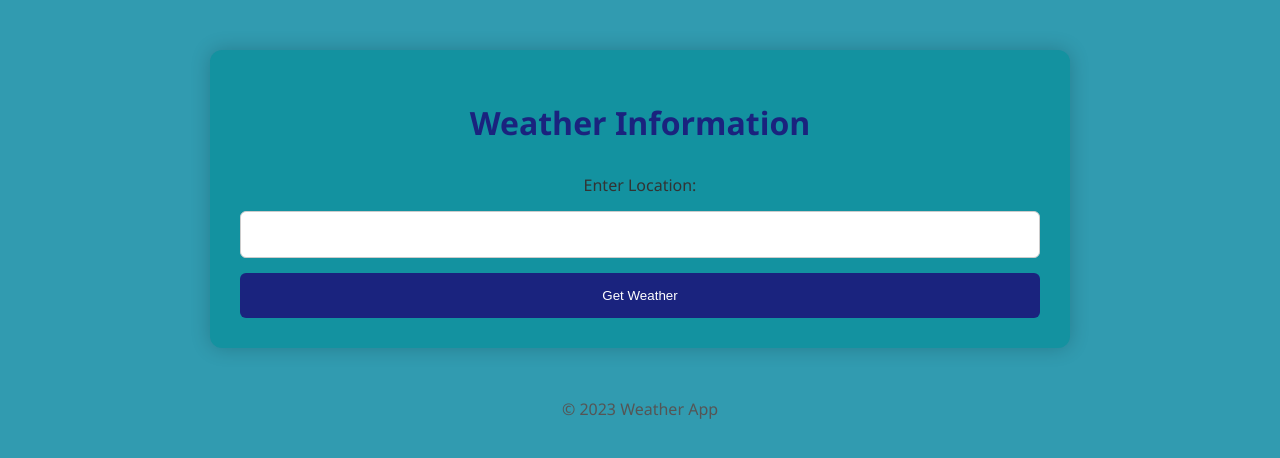
Repository: muke2110/weather
Page: http://localhost/
These files come from the project's save history. The page is drawn as it stood at one moment and after the next save; the edit follows.
The browser window is 1280 px wide. The pictures show the whole page.
The page is served by the project's Node server (app.js).

Above is the page before, as saved 2023-12-08 19:32:50.

### views/index.ejs
<!DOCTYPE html>
<html lang="en">
<head>
  <meta charset="UTF-8">
  <meta name="viewport" content="width=device-width, initial-scale=1.0">
  <title>Weather Information</title>
  <link rel="stylesheet" href="/styles.css">

</head>
<body>
  <div class="container">
    <h1>Weather Information</h1>

    <form action="/location" method="post">
      <label for="locationInput">Enter Location:</label>
      <input type="text" id="locationInput" name="location" required>
      <button type="submit">Get Weather</button>
    </form>

    <% if (error) { %>
      <p class="error-message">Error: <%= error %></p>
    <% } else if (location) { %>
      <div id="weatherResult">
        <img src= <%= png %>>
        <p>Location: <%= place.name %></p>
        <p>Temperature: <%= location.temp_c %>°C</p>
        <p>Condition: <%= location.condition.text %></p>
      </div>
    <% } %>
  </div>
  <footer>
    <!-- Your footer content goes here -->
    <p>&copy; 2023 Weather App</p>
  </footer>
</body>
<script>
  if (performance.navigation.type === 1) {
    // Redirect to the home page
    window.location.href = "/";
  }
</script>
</html>

### app.js
const axios = require('axios');
const express = require('express');
const app = express();
const port = 3000;

app.use(express.json());
app.use(express.urlencoded({ extended: true }));
// Add this line after app initialization
app.use(express.static('public'));


app.set('view engine', 'ejs');

app.get('/', (req, res) => {
  res.render('index', { error: null, location: null });
});

app.post('/location', async (req, res) => {
  const { location } = req.body;

  if (!location) {
    return res.render('index', { error: 'Location is required in the request body', location: null });
  }

  const apiUrl = `https://api.weatherapi.com/v1/current.json?key=c3961c028a3640cfad7132456230212&q=${location}&aqi=yes`;

  try {
    const response = await axios.get(apiUrl);
    const data = response.data;

    console.log(`Location : ${data.location.name}\nCondition : ${data.current.condition.text}\nTemperature : ${data.current.temp_c}`);
    // Render the EJS file with the weather information
    res.render('index', { error: null, location: data.current ,place: data.location, png:data.current.condition.icon});
  } catch (error) {
    console.error('Error fetching data:', error);
    res.render('index', { error: 'Internal Server Error', location: null });
  }
});

app.listen(port, () => {
  console.log(`Server is running on port ${port}`);
});

### public/styles.css
/* styles.css */

body {
    font-family: 'Segoe UI', Tahoma, Geneva, Verdana, sans-serif; /* Changed font-family */
    margin: 0;
    padding: 0;
    background-color: #319bb0; /* Light blue background */
}

.container {
    max-width: 800px; /* Increased max-width for a more spacious feel */
    margin: 50px auto;
    background-color: #1392a0;
    padding: 30px;
    border-radius: 12px; /* Rounded corners */
    box-shadow: 0 0 20px rgba(0, 0, 0, 0.2);
}

h1 {
    text-align: center;
    color: #1a237e; /* Dark blue color */
}

form {
    display: flex;
    flex-direction: column;
    align-items: center;
    margin-top: 30px; /* Increased margin-top for better spacing */
}

label {
    margin-bottom: 15px; /* Increased margin for better spacing */
    color: #333;
}

input {
    padding: 15px;
    margin-bottom: 15px;
    width: 100%;
    box-sizing: border-box;
    border: 1px solid #ccc; /* Added a subtle border */
    border-radius: 6px; /* Rounded input corners */
}

button {
    padding: 15px;
    background-color: #1a237e; /* Dark blue button color */
    color: #fff;
    border: none;
    cursor: pointer;
    transition: background-color 0.3s;
    width: 100%;
    box-sizing: border-box;
    border-radius: 6px; /* Rounded button corners */
}

button:hover {
    background-color: #0d47a1; /* Darker blue on hover */
}

#weatherResult {
    margin-top: 30px;
    padding: 30px;
    border: 1px solid #ccc;
    border-radius: 12px;
    background-color: #f0f8ff; /* Lighter blue background */
}

footer {
    text-align: center;
    margin-top: 30px;
    color: #555; /* Dark gray text color */
}

After the next save:
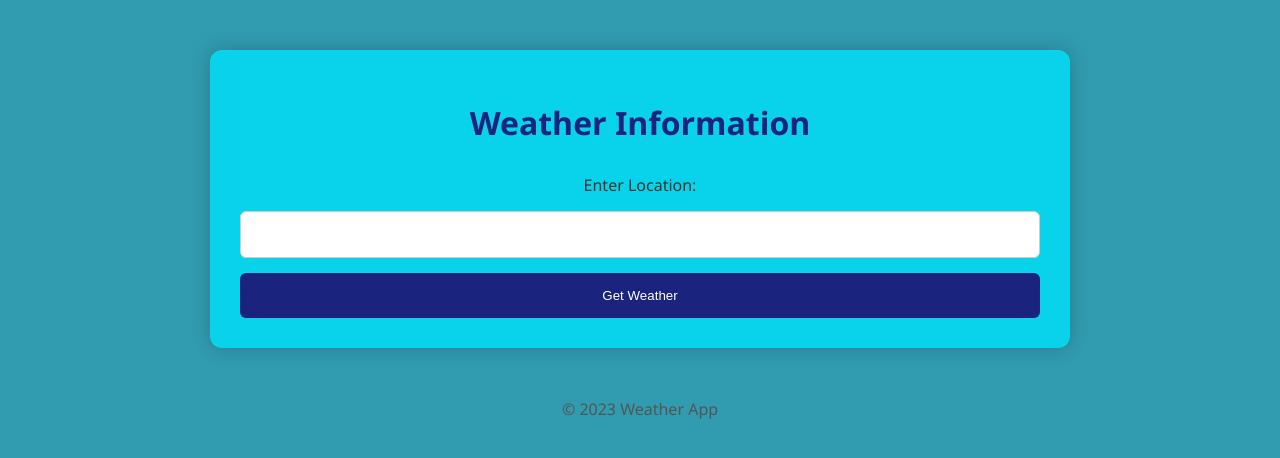
Saved 4 s later.
--- a/public/styles.css
+++ b/public/styles.css
@@ -10,7 +10,7 @@ body {
 .container {
     max-width: 800px; /* Increased max-width for a more spacious feel */
     margin: 50px auto;
-    background-color: #1392a0;
+    background-color: #09d3ea;
     padding: 30px;
     border-radius: 12px; /* Rounded corners */
     box-shadow: 0 0 20px rgba(0, 0, 0, 0.2);
